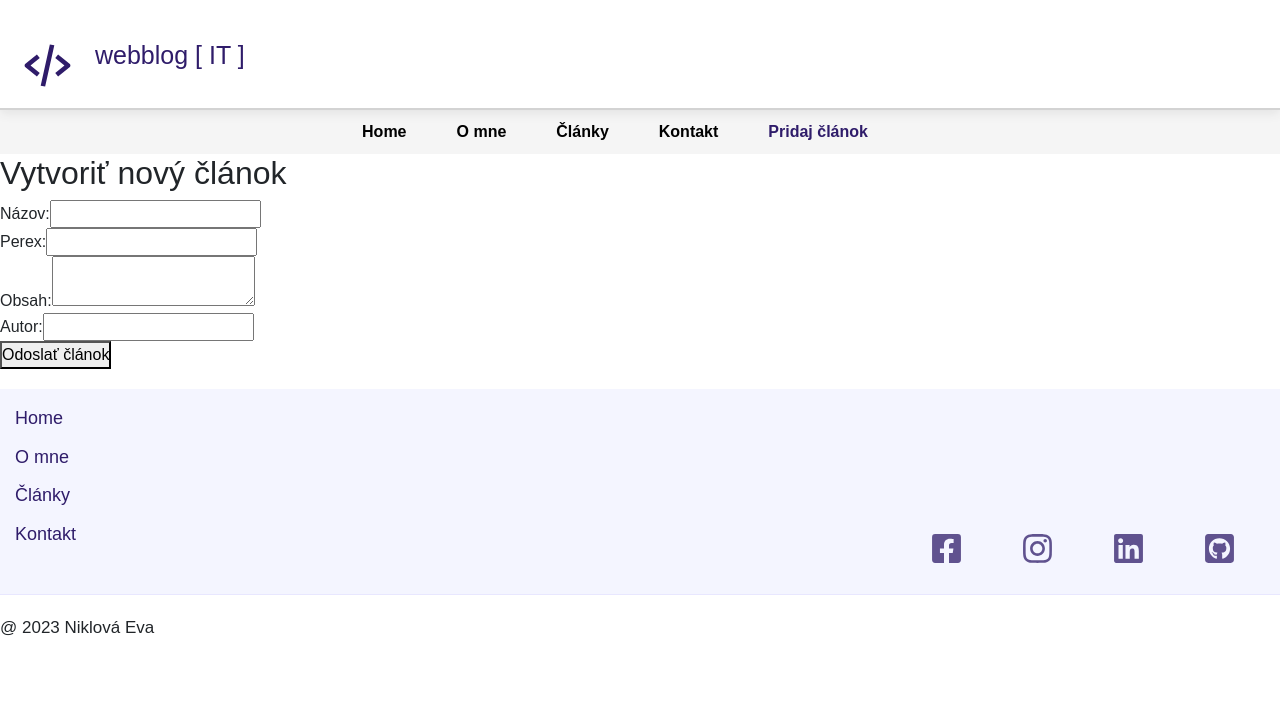
Repository: eniklova/github-bl
Page: /newarticel
An editor plug-in stored every save of this project. The page is shown before and after the next save, followed by the edit.
The browser window is 1280 px wide. The pictures show the whole page.
Some web fonts or font styles are not loaded; a fallback is used. The project was rebuilt for these pictures with package versions that can differ from the ones it lists, and the page was loaded fresh each time. Also part of the build but not shown: src/components/ArticleList.js, src/components/HeroSlider.css, src/components/HeroSlider.js, src/pages/Home.js, src/pages/Aboutme.js, src/pages/Articles.js, src/pages/Kontakt.js, src/pages/Error.js.

Above is the page before, as saved 2023-10-23 10:47:27.

### public/index.html
<!DOCTYPE html>
<html lang="cs">
<head>
    <meta charset="UTF-8">
    <meta http-equiv="X-UA-Compatible" content="IE=edge">
    <meta name="viewport" content="width=device-width, initial-scale=1.0">
    <link rel="stylesheet" href="https://use.typekit.net/ovu8btr.css">
    <title>Document</title>
</head>
<body>
    <div id="result">

    </div>
</body>
</html>

### src/index.js
import { createRoot } from 'react-dom/client';
import 'bootstrap/dist/css/bootstrap.min.css';

import './index.css';
import App from './App';


const container = document.getElementById('result')
const root = createRoot(container)
root.render(<App tab="home" />)

### src/App.js
import {BrowserRouter, Routes, Route} from "react-router-dom"
import Home from "./pages/Home"
import Aboutme from "./pages/Aboutme"
import Articles from "./pages/Articles"
import Kontakt from "./pages/Kontakt"
import Error from "./pages/Error"
import NewArticel from "./pages/NewArticel"
import SharedLayout from "./pages/SharedLayout"
import ArticleList from "./components/ArticleList"



const App = () =>  {
  return  <BrowserRouter>
    <Routes>

      <Route path="/" element={ <SharedLayout /> } >
        <Route index element={ <Home /> }  />
        <Route path="/aboutme" element={ <Aboutme /> } />
        <Route path="/articles" element={ <Articles />} />
        <Route path="/all-articles/:articleID" element={ <ArticleList />} />
        <Route path="/kontakt" element={ <Kontakt />} />
        <Route path="/newarticel" element={ <NewArticel />} />

        <Route path="*" element={ <Error /> }/>
      </Route>

    </Routes>
  </BrowserRouter>
}

export default App

### src/pages/NewArticel.js
import React from 'react';
import ArticleForm from '../components/ArticleForm';

function NewArticle() {
  return (
    <div>
      <ArticleForm/>
    </div>
  );
}

export default NewArticle;

### src/pages/SharedLayout.js
import { Outlet } from "react-router-dom";
import Navbar from "../components/Navbar";
import Footer from "../components/Footer";


const SharedLayout = () => {
  return <>
        <Navbar/>
        <Outlet/>
        <Footer/>
    </>
 }

export default SharedLayout

### src/components/ArticleForm.js
import React, { useState } from "react";
import { createArticle } from "../services/api";

function ArticleForm() {
  const initialFormData = {
    title: "",
    perex: "",
    content: "",
    author: "",

  };
  const [formData, setFormData] = useState({ ...initialFormData });
  const [submitMessage, setSubmitMessage] = useState("");
  const [isSubmitted, setIsSubmitted] = useState(false);

  const handleChange = (e) => {
    const { name, value } = e.target;
    setFormData({
      ...formData,
      [name]: value,
    });
  };

  const handleSubmit = async (e) => {
    e.preventDefault();

    console.log("Dáta z formulára:", formData);

    try {
      await createArticle(formData);
      setSubmitMessage("Článok bol úspešne odoslaný!");
      setIsSubmitted(true);
      // Vymažeme data z formuláře po úspěšném odeslání
      setFormData({ ...initialFormData });
    } catch (error) {
      console.error("Chyba pri vytváraní článku:", error);
      setSubmitMessage("Chyba pri odosielaní článku");
    }
  };

  return (
    <div>
      <h2>Vytvoriť nový článok</h2>
      <form onSubmit={handleSubmit}>
        <div>
          <label htmlFor="title">Názov:</label>
          <input
            type="text"
            id="title"
            name="title"
            value={formData.title}
            onChange={handleChange}
          />
        </div>
        <div>
          <label htmlFor="perex">Perex:</label>
          <input
            type="text"
            id="perex"
            name="perex"
            value={formData.perex}
            onChange={handleChange}
          />
        </div>
        <div>
          <label htmlFor="content">Obsah:</label>
          <textarea
            id="content"
            name="content"
            value={formData.content}
            onChange={handleChange}
          />
        </div>
        <div>
          <label htmlFor="author">Autor:</label>
          <input
            type="text"
            id="author"
            name="author"
            value={formData.author}
            onChange={handleChange}
          />
        </div>

        {isSubmitted ? null : (
          <button type="submit">Odoslať článok</button>
        )}
      </form>

      {submitMessage && <p>{submitMessage}</p>}
    </div>
  );
}

export default ArticleForm;

### src/components/Navbar.js
import { NavLink } from "react-router-dom";
import { GiHamburgerMenu } from "react-icons/gi";
import { BiCodeAlt } from "react-icons/bi";
import "./Navbar.css";
import { useState } from "react";

const Navbar = () => {
  const [ showMenu, setShowMenu ] = useState(false)



  return (
    <header className="header">
      <div className="navigation">
        <div className="nav-header">
          <i className="logo-icon">
            <BiCodeAlt />
          </i>
          <h1 className="logo-title">
            <a href="/" rel="home">webblog [ IT ]</a>
          </h1>
          <button onClick={() => setShowMenu(!showMenu) }>
            <GiHamburgerMenu className="hamburger-icon" />
          </button>
        </div>
      </div>

      <div className={`${showMenu ? "nav-menu show" : "nav-menu hide"}`}>

        <NavLink to="/" className={ ({isActive}) => isActive ? "activeLink link" : "nonactiveLink link"}>Home</NavLink>
        <NavLink to="aboutme" className={ ({isActive}) => isActive ? "activeLink link" : "nonactiveLink link"}>O mne</NavLink>
        <NavLink to="articles" className={ ({isActive}) => isActive ? "activeLink link" : "nonactiveLink link"}>Články</NavLink>
        <NavLink to="kontakt" className={ ({isActive}) => isActive ? "activeLink link" : "nonactiveLink link"}>Kontakt</NavLink>
        <NavLink to="newarticel" className={ ({isActive}) => isActive ? "activeLink link" : "nonactiveLink link"}>Pridaj článok</NavLink>
      </div>
    </header>
  );
}

export default Navbar;

### src/components/Footer.js
import "./Footer.css"
import { NavLink } from "react-router-dom";
import { FaFacebookSquare, FaGithubSquare, FaInstagram, FaLinkedin } from 'react-icons/fa';





const Footer = () => {
    return <footer>
    <section className="footer">
        <div className="social">
        <a href="https://www.facebook.com/niklova/"><FaFacebookSquare className="icon-facebook"></FaFacebookSquare></a>
        <a href="https://www.instagram.com/e.nial/"><FaInstagram className="icon-instagram"></FaInstagram></a>
        <a href="https://www.linkedin.com/in/eva-niklov%C3%A1-b4b381272/"><FaLinkedin className="icon-linkedin"></FaLinkedin></a>
        <a href="https://github.com/eniklova"><FaGithubSquare className="icon-github"></FaGithubSquare></a>
      </div>

      <ul className="list">
          <li>
            <NavLink to="/">Home</NavLink>
          </li>
          <li>
            <NavLink to="aboutme">O mne</NavLink>
          </li>
          <li>
            <NavLink to="articles">Články</NavLink>
          </li>
          <li>
            <NavLink to="aboutme">Kontakt</NavLink>
          </li>

        </ul>

    </section>

    <p className="copyright">
    @ 2023  Niklová Eva
    </p>
    </footer>


  }


export default Footer;

### src/services/api.js
import axios from "axios";

const BASE_URL = "https://test-api-79d35.ondigitalocean.app/article";

/**
 * Funkce pro získání seznamu článků.
 *
 * @param {number} perPage - Počet článků na stránku.
 * @param {number} categoryId - ID kategorie článků.
 * @param {number} page - Číslo stránky.
 * @returns {Promise} - Vrací data získaná z API.
 */
export const getArticles = async (perPage, categoryId, page) => {
  const URL = `${BASE_URL}?per_page=${perPage}&category_id=${categoryId}&page=${page}`;

  try {
    const response = await axios.get(URL, {
      headers: {
        "Content-Type": "application/json",
        Accept: "application/json",
      },
    });

    return response.data;
  } catch (error) {
    console.error("Chyba pri získavaní článkov:", error);
    throw error;
  }
};

/**
 * Funkce pro vytvoření nového článku.
 *
 * @param {object} articleData - Data nového článku.
 * @returns {Promise} - Vrací data vytvořeného článku z API.
 */
export const createArticle = async (articleData) => {
  const URL = `${BASE_URL}`;

  try {
    articleData.category_id = 1;
    const response = await axios.post(URL, articleData, {
      headers: {
        "Content-Type": "application/json",
        Accept: "application/json",
      },
    });

    return response.data;
  } catch (error) {
    console.error("Chyba pri vytváraní článku:", error);
    throw error;
  }
};

/**
 * Funkce pro aktualizaci existujícího článku.
 *
 * @param {number} articleId - ID článku.
 * @param {object} updatedData - Aktualizovaná data článku.
 * @returns {Promise} - Vrací data aktualizovaného článku z API.
 */
export const updateArticle = async (articleId, updatedData) => {
  const URL = `${BASE_URL}/article/${articleId}`;

  try {
    updatedData.category_id = 1;
    const response = await axios.put(URL, updatedData, {
      headers: {
        "Content-Type": "application/json",
        Accept: "application/json",
      },
    });

    return response.data;
  } catch (error) {
    console.error("Chyba pri úprave článku:", error);
    throw error;
  }
};

/**
 * Funkce pro aktualizaci kategorie článku.
 *
 * @param {number} articleId - ID článku.
 * @param {array} categoryIds - Pole ID kategorií.
 * @returns {Promise} - Vrací data aktualizace kategorie článku z API.
 */
export const updateArticleCategory = async (articleId, categoryIds) => {
  const URL = `${BASE_URL}/${articleId}/category-sync`;

  try {
    const response = await axios.put(URL, { category_ids: categoryIds }, {
      headers: {
        "Content-Type": "application/json",
        Accept: "application/json",
      },
    });

    return response.data;
  } catch (error) {
    console.error("Chyba pri aktualizaci kategorie článku:", error);
    throw error;
  }
};

/**
 * Funkce pro smazání článku.
 *
 * @param {number} articleId - ID článku k odstranění.
 * @returns {Promise} - Neprovádí návratovou hodnotu, ale obsahuje ošetření chyb.
 */
export const deleteArticle = async (articleId) => {
  const URL = `${BASE_URL}/${articleId}`;

  try {
    await axios.delete(URL);
  } catch (error) {
    console.error("Chyba pri mazaní článku:", error);
    throw error;
  }
};

### src/components/Navbar.css
* {
    margin: 0;
    padding: 0;
    box-sizing: border-box;
    font-family: "muli", sans-serif;
    font-style: normal;
  }

  /* Do 700px */
  nav {
    background-color: white;
  }

  .navigation {
    display: flex;
    flex-direction: row;
    justify-content: space-between;
    align-items: center;
    box-shadow: 0 4px 10px rgba(0, 0, 0, 0.08);
    border-bottom: 2px solid #0000002c;
    }

  .nav-header {
    display: flex;
    flex-direction: row;
    justify-content: space-between;
    align-items: center;
    min-height: 70px;
  }

  .logo-icon {
    font-size: 55px;
    padding: 5px;
    color: #2F1C6A;
    margin: 15px 0px 0px 15px;
  }

  .logo-title a {
    margin: 25px 10px 15px 10px;
    font-size: 25px;
    padding: 5px;
    color: #2F1C6A;
    text-decoration: none;
  }

  .nav-header button {
    display: none;
  }

  .nav-menu {
    display: flex;
    background-color: rgba(169, 169, 169, 0.119);
    flex-direction: row;
    justify-content: center;
    align-items: center;
    padding: 10px;
  }

  .nav-menu a {
    margin-right: 50px;
    font-family: "muli", sans-serif;
    font-weight: bold;
    text-decoration: none;
    }

  .activeLink {
    color: #2F1C6A;
  }


  .nonactiveLink {
    color: black
  }


  @media (max-width: 700px) {
    .navigation {
      flex-direction: column;
      justify-content: center;
      align-items: flex-start;
    }

    .nav-menu {
      width: 100%;
      padding: 10px 5px;
      flex-direction: column;
    }

    .nav-menu a {
      width: 100%;
      margin-right: 0;
      margin-bottom: 10px;
    }

    .nav-header button {
      display: block;
      background-color: transparent;
      border: none;
    }

    .nav-header {
      width: 100%;
    }

    .hamburger-icon {
      color: #301c6a61;
      font-size: 25px;
      margin-right: 20px;
    }

  .hide {
  height: 0px;
  overflow: hidden;
  transition: all 0.1s linear;
  }

  .show {
    height: 150px;
    transition: all 0.1s linear;
  }
  }

### src/components/Footer.css


.footer {
    padding: 25px 0;
    margin-top: 20px;
    background-color: #f4f5ff;
    display: flex;
    justify-content: space-between;
    align-items: flex-end;
    position: relative;
}

.footer .social {
    position: absolute;
    transition: height 600ms ease 0s;
    overflow: hidden;
    max-width: 600px;
    text-align: right;
    padding-bottom: 15px;
    color: #2F1C6A;
    right: 15px;
    bottom: 15px;
}

.footer .social a {
    font-size: 33px;
    color: inherit;
    width: 35px;
    height: 20px;
    line-height: 30px;
    display: inline-block;
    text-align: center;
    margin: 0 28px;
    opacity: 0.75;
}

.footer .social a:hover {
    opacity: 1.75;
}

.footer ul {
    margin-top: 0;
    padding: 0;
    list-style: none;
    font-size: 18px;
    line-height: 1.6;
    margin-bottom: 0;
    text-align: left;
    color: #2F1C6A;
    position: relative;
    left: 15px;
    bottom: 15px;
}

.footer ul li a {
    color: inherit;
    text-decoration: none;
    opacity: 1.75;
}

.footer ul li {
    display: block;
    padding: 5px 0;
}

.footer ul li a:hover {
    opacity: 1;
}

.copyright {
    text-align: center;
    font-size: 17px;
    display: flex;
    flex-wrap: wrap;
    border-top: solid 1px rgba(140, 133, 255, 0.2);
    padding: 20px 0;
    justify-content: space-between;
}

Loaded but not shown: src/index.css (common file)

After the next save:
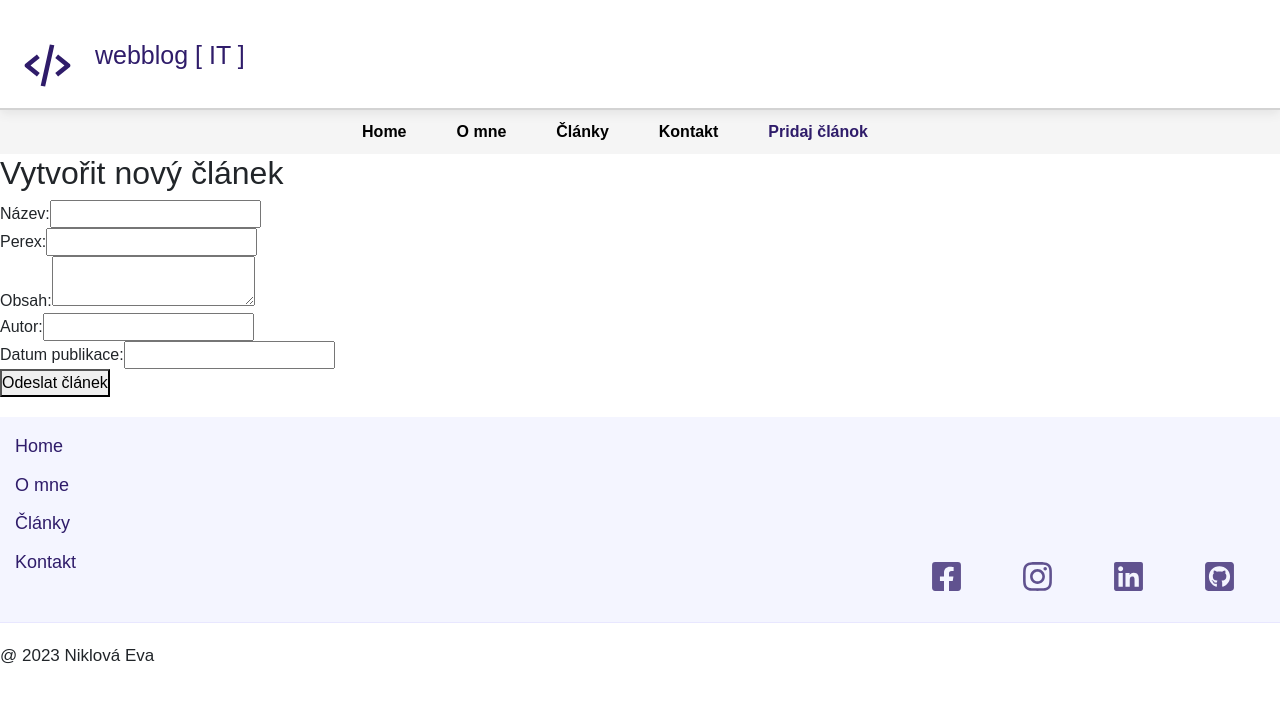
Saved 101 s later.
--- a/src/components/ArticleForm.js
+++ b/src/components/ArticleForm.js
@@ -7,11 +7,10 @@ function ArticleForm() {
     perex: "",
     content: "",
     author: "",
-
+    published_at: null, // Přidáme pole pro datum publikace
   };
   const [formData, setFormData] = useState({ ...initialFormData });
   const [submitMessage, setSubmitMessage] = useState("");
-  const [isSubmitted, setIsSubmitted] = useState(false);
 
   const handleChange = (e) => {
     const { name, value } = e.target;
@@ -24,26 +23,45 @@ function ArticleForm() {
   const handleSubmit = async (e) => {
     e.preventDefault();
 
-    console.log("Dáta z formulára:", formData);
+    console.log("Data z formuláře:", formData);
 
-    try {
-      await createArticle(formData);
-      setSubmitMessage("Článok bol úspešne odoslaný!");
-      setIsSubmitted(true);
-      // Vymažeme data z formuláře po úspěšném odeslání
-      setFormData({ ...initialFormData });
-    } catch (error) {
-      console.error("Chyba pri vytváraní článku:", error);
-      setSubmitMessage("Chyba pri odosielaní článku");
+    // Validace dat před odesláním na server
+    if (validateFormData(formData)) {
+      try {
+        await createArticle(formData);
+        setSubmitMessage("Článek byl úspěšně odeslán!");
+        // Vymazání dat z formuláře po úspěšném odeslání
+        setFormData({ ...initialFormData });
+      } catch (error) {
+        console.error("Chyba při vytváření článku:", error);
+        setSubmitMessage("Chyba při odesílání článku");
+      }
+    } else {
+      setSubmitMessage("Chyba: Neplatná data");
     }
+  };
+
+  // Funkce pro validaci dat
+  const validateFormData = (data) => {
+    if (
+      data.title.length > 0 &&
+      data.title.length <= 255 &&
+      data.perex.length > 0 &&
+      data.perex.length <= 255 &&
+      data.author.length > 0 &&
+      data.author.length <= 255
+    ) {
+      return true;
+    }
+    return false;
   };
 
   return (
     <div>
-      <h2>Vytvoriť nový článok</h2>
+      <h2>Vytvořit nový článek</h2>
       <form onSubmit={handleSubmit}>
         <div>
-          <label htmlFor="title">Názov:</label>
+          <label htmlFor="title">Název:</label>
           <input
             type="text"
             id="title"
@@ -81,10 +99,18 @@ function ArticleForm() {
             onChange={handleChange}
           />
         </div>
+        <div>
+          <label htmlFor="published_at">Datum publikace:</label>
+          <input
+            type="text"
+            id="published_at"
+            name="published_at"
+            value={formData.published_at}
+            onChange={handleChange}
+          />
+        </div>
 
-        {isSubmitted ? null : (
-          <button type="submit">Odoslať článok</button>
-        )}
+        <button type="submit">Odeslat článek</button>
       </form>
 
       {submitMessage && <p>{submitMessage}</p>}
